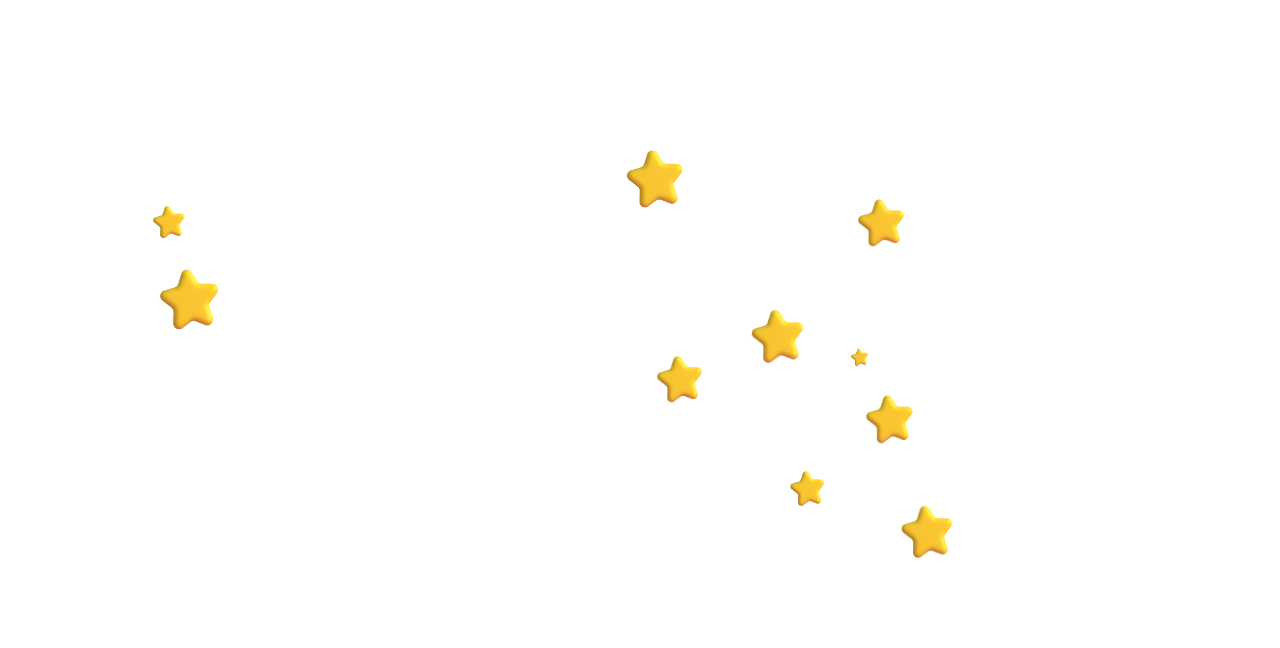
Repository: heartbreathing/Star-game
Page: index.html
The author's editor kept a copy of each file at every save. The page is drawn from the files as they stood at one save, then again after a run of saves.
The browser window is 1280 px wide. The pictures show the whole page.

Above is the page before, as saved 2022-10-28 23:16:38.

### index.html
<!DOCTYPE html>
<html lang="en">
  <head>
    <meta charset="UTF-8" />
    <meta http-equiv="X-UA-Compatible" content="IE=edge" />
    <meta name="viewport" content="width=device-width, initial-scale=1.0" />
    <title>Document</title>
    <style>
      /* body {
        background-color: black;
      } */
    </style>
  </head>
  <body>
    <script>
      function star() {
        let timer = setInterval(function () {
          var obj = document.createElement('img');

          var wid = Math.floor(Math.random() * 50 + 20);
          obj.width = wid;
          var x = Math.floor(Math.random() * 1000 + 50);
          var y = Math.floor(Math.random() * 500 + 50);
          obj.style.position = 'absolute';
          obj.style.top = y + 'px';
          obj.style.left = x + 'px';
          obj.src = './image/star.png';
          //   obj[z - index] = 9999;
          document.body.appendChild(obj);
          obj.addEventListener('click', function () {
            this.parentNode.removeChild(this);
          });
        }, 500);
      }
      star();
    </script>
  </body>
</html>

After the next 3 saves:
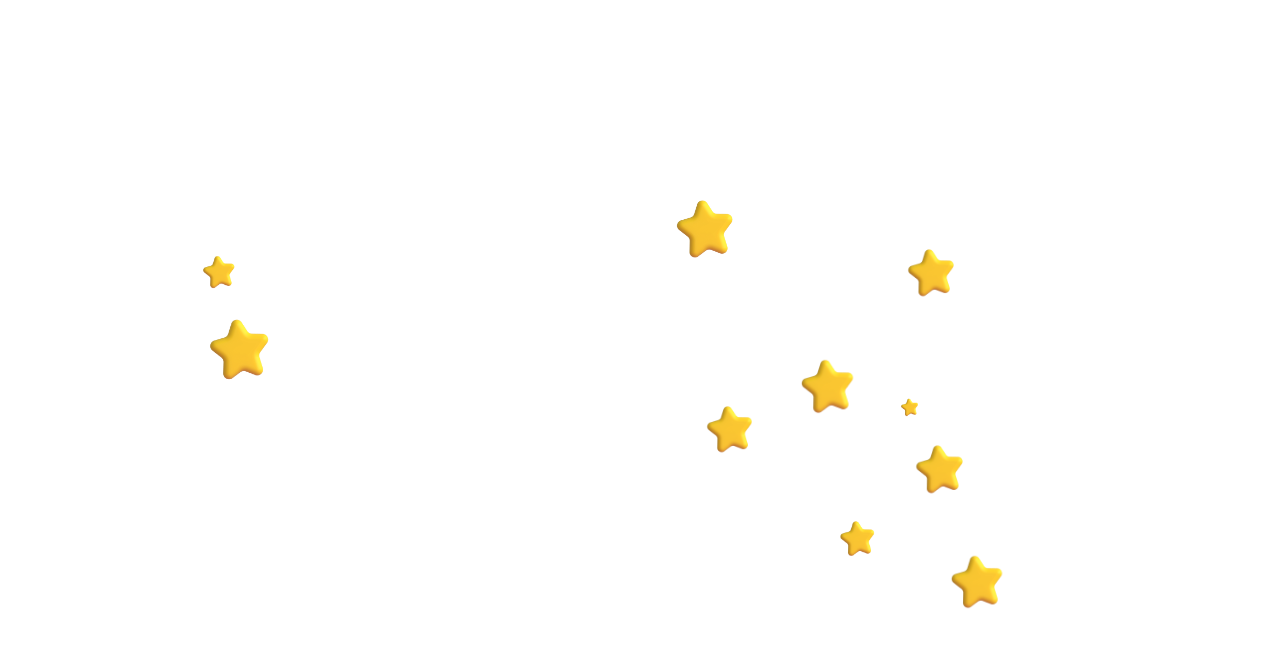
The 3 saves are shown as one change because they came seconds apart.
The last was saved 34 s later.
--- a/index.html
+++ b/index.html
@@ -19,8 +19,8 @@
 
           var wid = Math.floor(Math.random() * 50 + 20);
           obj.width = wid;
-          var x = Math.floor(Math.random() * 1000 + 50);
-          var y = Math.floor(Math.random() * 500 + 50);
+          var x = Math.floor(Math.random() * 1000 + 100);
+          var y = Math.floor(Math.random() * 500 + 100);
           obj.style.position = 'absolute';
           obj.style.top = y + 'px';
           obj.style.left = x + 'px';
